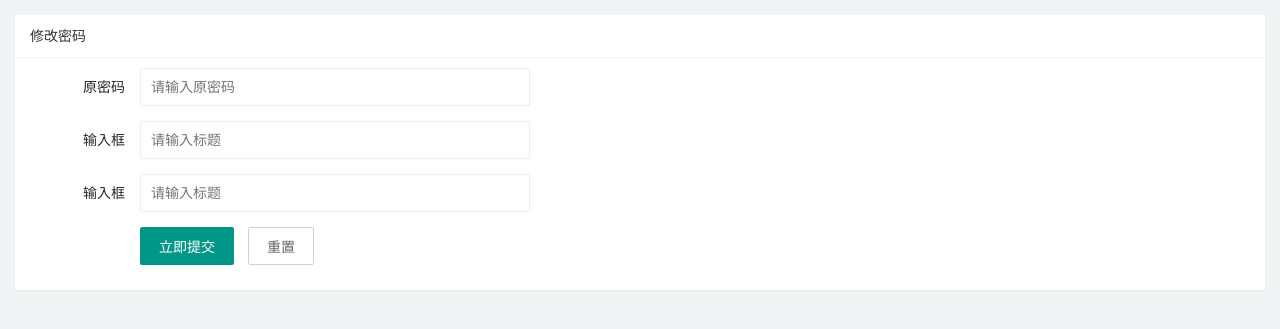
Repository: 1zhoukexin/web_aad
Page: user/user_pwd.html
These files come from the project's save history. The page is drawn as it stood at one moment and after the next save; the edit follows.
The browser window is 1280 px wide. The pictures show the whole page.

Above is the page before, as saved 2021-04-17 13:54:51.

### user/user_pwd.html
<!DOCTYPE html>
<html lang="en">

<head>
    <meta charset="UTF-8">
    <meta http-equiv="X-UA-Compatible" content="IE=edge">
    <meta name="viewport" content="width=device-width, initial-scale=1.0">
    <title>Document</title>
    <link rel="stylesheet" href="/assets/lib/layui/css/layui.css">
    <link rel="stylesheet" href="/assets/css/user/user_pwd.css">
</head>

<body>
    <!-- 卡片区域 -->
    <div class="layui-card">
        <div class="layui-card-header">修改密码</div>
        <div class="layui-card-body">
            <form class="layui-form" action="">
                <div class="layui-form-item">
                    <label class="layui-form-label">原密码</label>
                    <div class="layui-input-block">
                        <input type="text" name="oldPwd" required lay-verify="required" placeholder="请输入原密码" autocomplete="off" class="layui-input">
                    </div>
                </div>
            </form>
            <form class="layui-form" action="">
                <div class="layui-form-item">
                    <label class="layui-form-label">输入框</label>
                    <div class="layui-input-block">
                        <input type="text" name="title" required lay-verify="required" placeholder="请输入标题" autocomplete="off" class="layui-input">
                    </div>
                </div>
            </form>
            <form class="layui-form" action="">
                <div class="layui-form-item">
                    <label class="layui-form-label">输入框</label>
                    <div class="layui-input-block">
                        <input type="text" name="title" required lay-verify="required" placeholder="请输入标题" autocomplete="off" class="layui-input">
                    </div>
                </div>
            </form>
            <div class="layui-form-item">
                <div class="layui-input-block">
                    <button class="layui-btn" lay-submit lay-filter="formDemo">立即提交</button>
                    <button type="reset" class="layui-btn layui-btn-primary">重置</button>
                </div>
            </div>
        </div>
    </div>
</body>

</html>

Loaded but not shown: assets/lib/layui/css/layui.css (library); assets/css/user/user_pwd.css (common file)

After the next save:
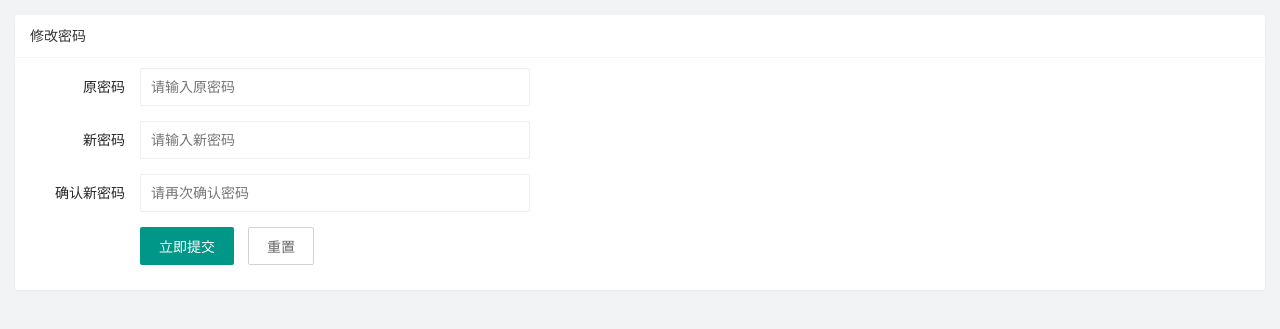
Saved 63 s later.
--- a/user/user_pwd.html
+++ b/user/user_pwd.html
@@ -25,17 +25,17 @@
             </form>
             <form class="layui-form" action="">
                 <div class="layui-form-item">
-                    <label class="layui-form-label">输入框</label>
+                    <label class="layui-form-label">新密码</label>
                     <div class="layui-input-block">
-                        <input type="text" name="title" required lay-verify="required" placeholder="请输入标题" autocomplete="off" class="layui-input">
+                        <input type="text" name="newPwd" required lay-verify="required" placeholder="请输入新密码" autocomplete="off" class="layui-input">
                     </div>
                 </div>
             </form>
             <form class="layui-form" action="">
                 <div class="layui-form-item">
-                    <label class="layui-form-label">输入框</label>
+                    <label class="layui-form-label">确认新密码</label>
                     <div class="layui-input-block">
-                        <input type="text" name="title" required lay-verify="required" placeholder="请输入标题" autocomplete="off" class="layui-input">
+                        <input type="text" name="title" required lay-verify="required" placeholder="请再次确认密码" autocomplete="off" class="layui-input">
                     </div>
                 </div>
             </form>
